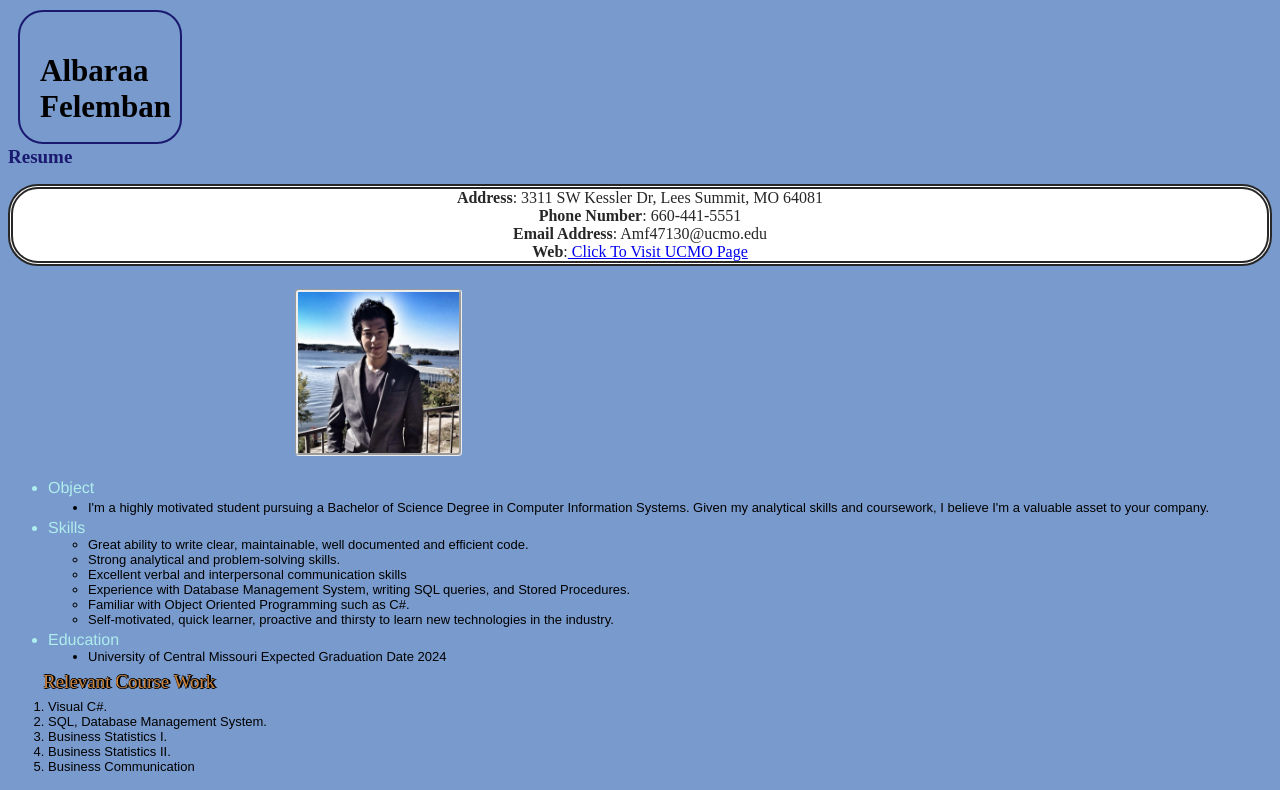
Repository: MrFelemban/RealEstate_Web-cis2625
Page: lesson1/index.html
The author's editor kept a record of every edit. The page is drawn from the files as they stood at one moment, then again after the next edit.
The browser window is 1280 px wide. The pictures show the whole page.

Above is the page before.

### lesson1/index.html
<!DOCTYPE html>

<head>
	<meta charset="UTF-8">
	<title> My Resume </title>
	<link rel="stylesheet" href="./Resume.css" type="text/css">
</head>

<body>
	<table name="top" id="top">
		<tr>
			<td>
				<img src="PersonalPhoto.jpg" alt="Profile Picture">
			</td>
			<div class="Div_Name">
				<h1> Albaraa Felemban</h1>
			</div>
			<h2>Resume</h2>
			<div class="myDiv">
				<b>Address</b>: 3311 SW Kessler Dr, Lees Summit, MO 64081</br>
				<b>Phone Number</b>: 660-441-5551</br>
				<b>Email Address</b>: Amf47130@ucmo.edu</br>
				<b>Web</b>:<a href=" http://www.ucmo.edu"> Click To Visit UCMO Page </a>
				</td>
		</tr>
		</div>
	</table>
	<ul>
		<li class="Subject">Object</li>

		<li id="Hook">I'm a highly motivated student pursuing a Bachelor of Science Degree in Computer Information Systems. Given my analytical skills and coursework, I believe I'm a valuable asset to your company.</li>

		<li class="Subject">Skills</li>

		<div class="Skills">
			<ul>
				<li>Great ability to write clear, maintainable, well documented and efficient code.</li>
				<li>Strong analytical and problem-solving skills.</li>
				<li>Excellent verbal and interpersonal communication skills</li>
				<li>Experience with Database Management System, writing SQL queries, and Stored Procedures.</li>
				<li>Familiar with Object Oriented Programming such as C#.</li>
				<li>Self-motivated, quick learner, proactive and thirsty to learn new technologies in the industry.</li>
			</ul>
		</div>
		<li class="Subject">Education</li>
		<li id="Education">
			University of Central Missouri Expected Graduation Date 2024
		</li>
	</ul>
	<p id="Courses">Relevant Course Work </p>
	<ol>
		<div class="Course_Work">
			<li>Visual C#.</li>
			<li>SQL, Database Management System.</li>
			<li>Business Statistics I.</li>
			<li>Business Statistics II.</li>
			<li>Business Communication</li>
		</div>
	</ol>
</body>
</html>

### lesson1/Resume.css
	body {
		background-color: #799ACC;
	}

	.myDiv {
		border: 5px double #272727;
		border-radius: 30px;
		background-color: white;
		text-align: center;
		list-style-position: inside;
		color: #272727;

	}

	img {
		width: 161px;
		height: 161px;
		margin-left: 170%;
		margin-top: 20px;
		text-align: justify;
		border-radius: 4px;
		border: groove;


	}

	.Div_Name {

		margin: 10px;
		padding: 5px;
		background: transparent;
		font-size: 97%;
		float: inherit;
		margin-bottom: 2px;
		list-style-position: inside;

		border-radius: 25px;
		border: 2px solid #191970;
		padding: 20px;
		width: 120px;
		height: 90px;
	}

	p {
		font-family: serif;
		font-size: 25px;
		color: black;
	}

	#Hook {
		font-family: sans-serif;
		color: black;
		font-size: 13px;
		margin-left: 40px;
		margin-top: 3px;
		text-align: justify;
	}

	.Subject {
		font-family: helvetica;
		color: #AFEEEE;
		text-align: justify;
		margin-top: 4px;

	}


	.Skills>ul li {
		color: black;
		font-family: sans-serif;
		font-size: 13px;

	}

/* "Resume" word code*/
	h2 {
		color: #191970;
		font-size: 19px;
		font-family: Black Times;
		margin-top: 1px;

}

	#Education {
		font-family: helvetica;
		color: Black;
		font-size: 13px;
		margin-left: 40px;
	}
	.Course_Work {
		font-family: sans-serif;
		font-size: 13px;
	}
	#Courses{
		margin-top:-9px;
		margin-bottom: -10px;
		margin-left: 35px;
		font-size:19px;
		color: #CD853F;
		text-shadow: 2px 0 black, 0 1px black, 1px 0 black, 0 -1px black;

	}

After the next edit:
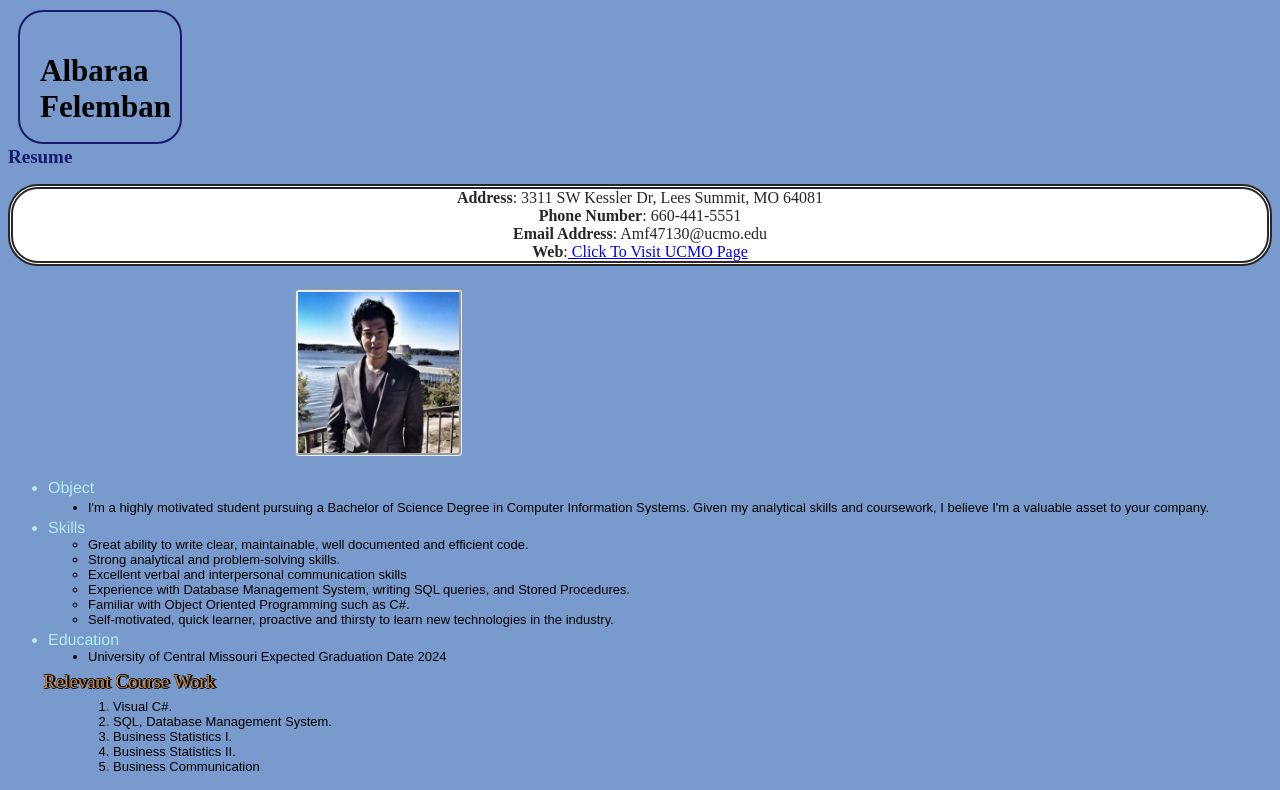
The edit:
--- a/lesson1/Resume.css
+++ b/lesson1/Resume.css
@@ -90,6 +90,7 @@
 	.Course_Work {
 		font-family: sans-serif;
 		font-size: 13px;
+		margin-left: 65px;
 	}
 	#Courses{
 		margin-top:-9px;
